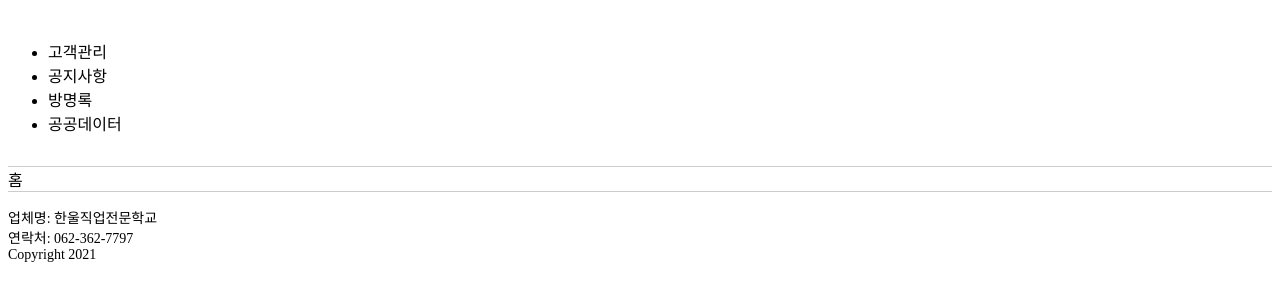
Repository: JSY93/spring-web
Page: http://localhost/iot/
These files come from the project's save history. The page is drawn as it stood at one moment and after the next save; the edit follows.
The browser window is 1280 px wide. The pictures show the whole page.
The page is served by Tomcat 9. Other server files are loaded and not shown.

Above is the page before, as saved 2021-01-06 06:50:49.

### Study_Spring/iot/src/main/webapp/WEB-INF/views/home.jsp
<%@ taglib uri="http://java.sun.com/jsp/jstl/core" prefix="c" %>
<%@ page language="java" contentType="text/html; charset=UTF-8"
    pageEncoding="UTF-8"%>
<html>
<head>
	<title>Home</title>
</head>
<body>
<jsp:include page="/WEB-INF/views/include/header.jsp" />

<div id='content'>
홈
</div>

<jsp:include page="/WEB-INF/views/include/footer.jsp" />
</body>
</html>

### Study_Spring/iot/src/main/webapp/WEB-INF/views/include/header.jsp
<%@ page language="java" contentType="text/html; charset=UTF-8"
    pageEncoding="UTF-8"%>
<header style='border-bottom:1px solid #ccc; padding:15px 0;'>
	<div style=''>
	<ul>
		<li>고객관리</li>
		<li>공지사항</li>
		<li>방명록</li>
		<li>공공데이터</li>
	</ul>
	</div>
</header>

### Study_Spring/iot/src/main/webapp/WEB-INF/views/include/footer.jsp
<%@ page language="java" contentType="text/html; charset=UTF-8"
    pageEncoding="UTF-8"%>
<footer style='font-size:14px; border-top:1px solid #ccc; padding:15px 0;'>
	<div>업체명: 한울직업전문학교</div>
	<div>연락처: 062-362-7797</div>
	<div>Copyright 2021</div>
</footer>

After the next save:
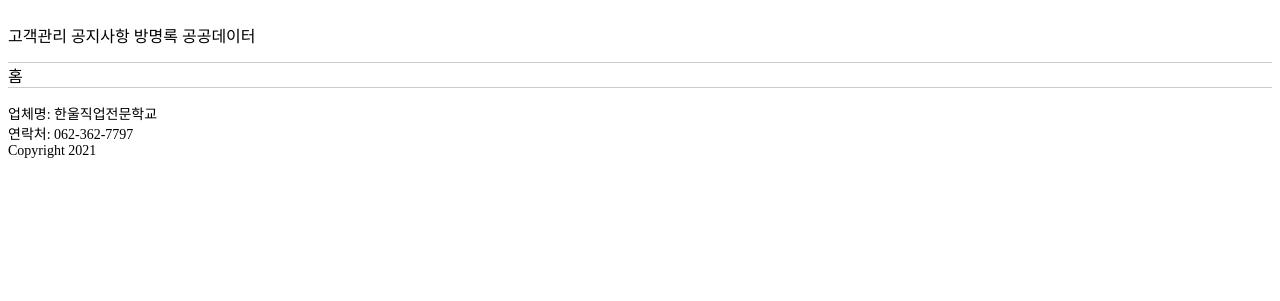
Saved 22 h 17 min later.
--- a/Study_Spring/iot/src/main/webapp/WEB-INF/views/include/header.jsp
+++ b/Study_Spring/iot/src/main/webapp/WEB-INF/views/include/header.jsp
@@ -10,3 +10,8 @@
 	</ul>
 	</div>
 </header>
+<style>
+header ul, header ul li {
+	margin:0; padding:0; display:inline }
+
+</style>
